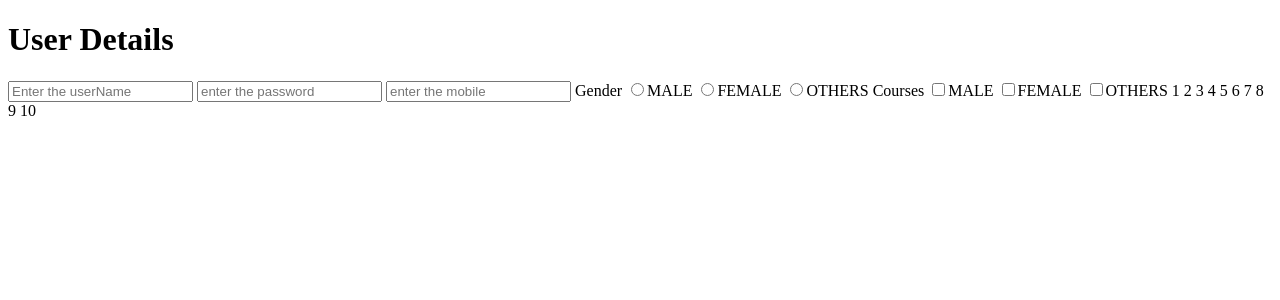
Repository: Nitin-Kalshetty/Training_Java
Page: http://localhost/usertaglibrary/controller.do
An editor plug-in stored every save of this project. The page is shown before and after the next save, followed by the edit.
The browser window is 1280 px wide. The pictures show the whole page.
The page is served by Tomcat 9. Other server files are loaded and not shown.

Above is the page before, as saved 2023-05-28 10:30:57.

### usertaglibrary/src/main/webapp/register.jsp
<%@page import="java.util.List"%>
<%@ page isELIgnored="false" language="java" contentType="text/html; charset=UTF-8"
    pageEncoding="UTF-8"%>
<%@ taglib prefix="c" uri="http://java.sun.com/jstl/core" %>
<!DOCTYPE html>
<html>
<head>
<meta charset="UTF-8">
<title>Insert title here</title>
</head>
<body>

<h1>User Details</h1>
<form action="" method="POST" >
<input placeholder="Enter the userName" name="username" />
<input placeholder="enter the password" name="password" />
<input placeholder="enter the mobile" name="mobile" />
<label for="gender" >Gender</label>
<input type="radio" name="gender" value="male" />MALE
<input type="radio" name="gender" value="female" />FEMALE
<input type="radio" name="gender" value="others" />OTHERS
 <label for="courses" >Courses</label>
<input type="checkbox" name="gender" value="male" />MALE
<input type="checkbox" name="gender" value="female" />FEMALE
<input type="checkbox" name="gender" value="others" />OTHERS


<c:forEach step="1" begin="1" end="10" var="gg">
	${gg}
</c:forEach>






</form>

</body>
</html>

### usertaglibrary/src/main/java/com/rockers/controllers/Controller.java
package com.rockers.controllers;

import java.io.IOException;
import java.util.ArrayList;
import java.util.List;

import javax.servlet.ServletException;
import javax.servlet.http.HttpServlet;
import javax.servlet.http.HttpServletRequest;
import javax.servlet.http.HttpServletResponse;

/**
 * Servlet implementation class Controller
 */
public class Controller extends HttpServlet {
	private static final long serialVersionUID = 1L;

    /**
     * @see HttpServlet#HttpServlet()
     */
	List<String> states = null;
	List<String> courses = null;
    public Controller() {
        super();
        // TODO Auto-generated constructor stub
        states = new ArrayList<>();
        states.add("Karnataka");
        states.add("TamilNadu");
        states.add("Maharastra");
        states.add("Delhi");
        states.add("Kerala");
        states.add("UttarPradesh");
        courses = new ArrayList<>();
        courses.add("JAVA");
        courses.add("C#");
        courses.add("C++");
        courses.add("Python");
        courses.add("JavaScript");

    }

	/**
	 * @see HttpServlet#doGet(HttpServletRequest request, HttpServletResponse response)
	 */
	protected void doGet(HttpServletRequest request, HttpServletResponse response) throws ServletException, IOException {
		request.setAttribute("allstates", states);
		request.setAttribute("allcourses", courses);
		request.getRequestDispatcher("register.jsp").forward(request, response);
	}

	/**
	 * @see HttpServlet#doPost(HttpServletRequest request, HttpServletResponse response)
	 */
	protected void doPost(HttpServletRequest request, HttpServletResponse response) throws ServletException, IOException {
		// TODO Auto-generated method stub
		doGet(request, response);
	}

}

After the next save:
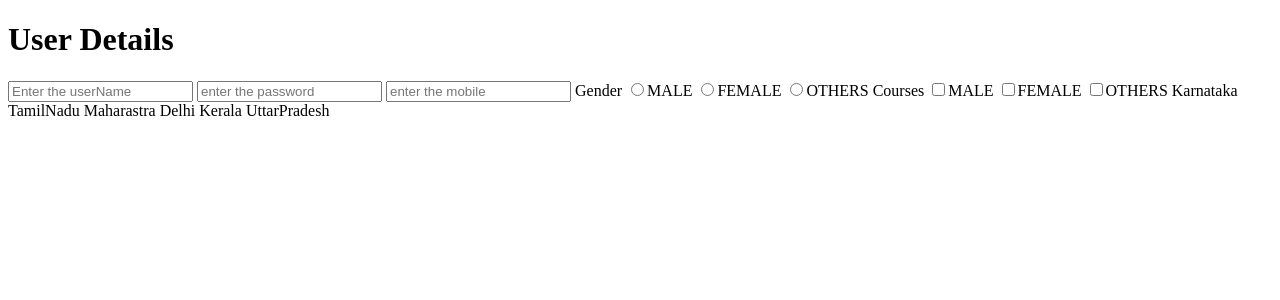
Saved 21 min 10 s later.
--- a/usertaglibrary/src/main/webapp/register.jsp
+++ b/usertaglibrary/src/main/webapp/register.jsp
@@ -1,7 +1,7 @@
 <%@page import="java.util.List"%>
 <%@ page isELIgnored="false" language="java" contentType="text/html; charset=UTF-8"
     pageEncoding="UTF-8"%>
-<%@ taglib prefix="c" uri="http://java.sun.com/jstl/core" %>
+<%@ taglib prefix="c" uri="http://java.sun.com/jsp/jstl/core" %>
 <!DOCTYPE html>
 <html>
 <head>
@@ -25,7 +25,7 @@
 <input type="checkbox" name="gender" value="others" />OTHERS
 
 
-<c:forEach step="1" begin="1" end="10" var="gg">
+<c:forEach items="${requestScope.allstates}"  var="gg">
 	${gg}
 </c:forEach>
 
